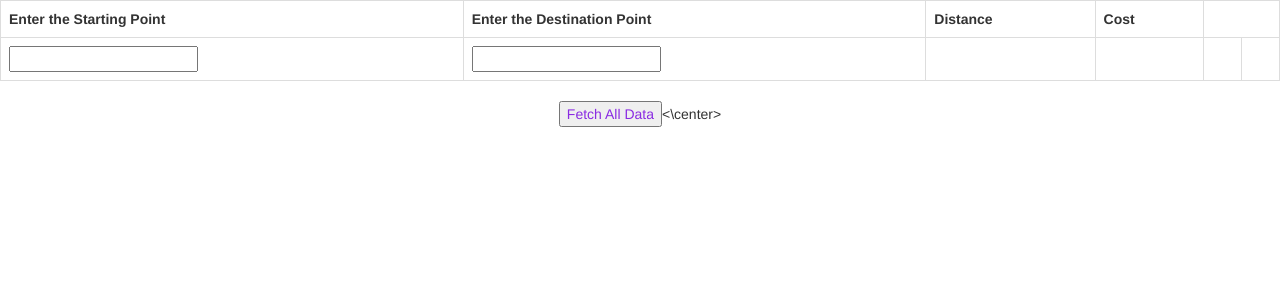
Repository: Gundeep-repos/407ETR_Assignment
Page: http://localhost/407ETR_Gundeep_Singh_assignment/
An editor plug-in stored every save of this project. The page is shown before and after the next save, followed by the edit.
The browser window is 1280 px wide. The pictures show the whole page.
The page is served by Tomcat 9.

Above is the page before, as saved 2021-07-04 18:09:13.

After the next save:
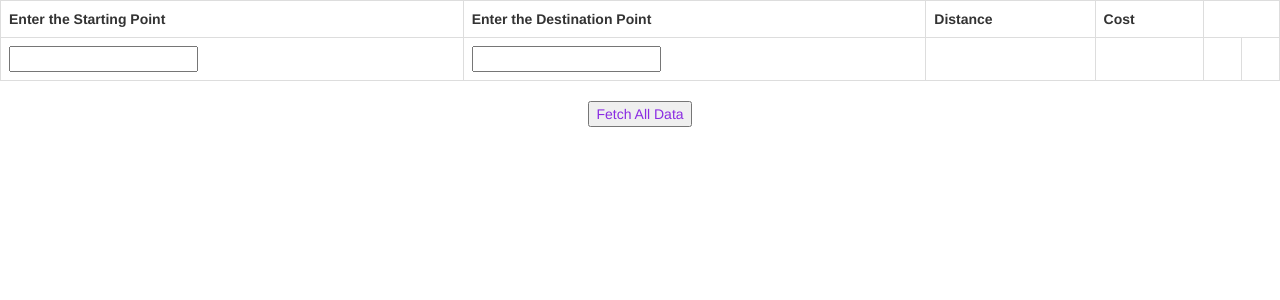
Saved 5 s later.
--- a/407ETR_Gundeep_Singh_assignment/WebContent/index.jsp
+++ b/407ETR_Gundeep_Singh_assignment/WebContent/index.jsp
@@ -80,6 +80,6 @@ function fetchCD(){
 </tr>
 </table>
 </div>
-<center><button style="color: blueviolet" onclick="fetchCD()">Fetch All Data</button><\center>
+<center><button style="color: blueviolet" onclick="fetchCD()">Fetch All Data</button></center>
 </body>
 </html>
